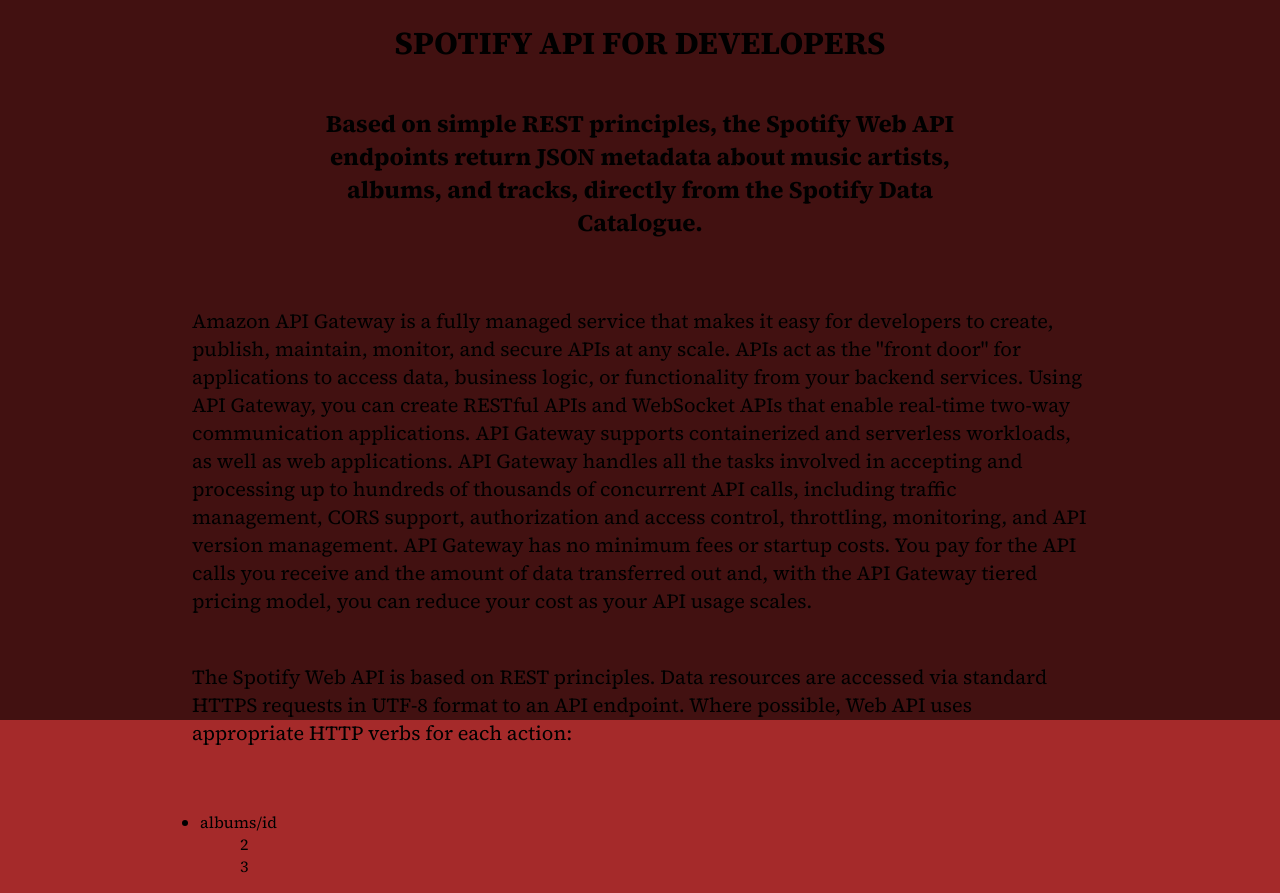
Repository: eliasihai/dizza-html-project
Page: index.html
The author's editor kept a copy of each file at every save. The page is drawn from the files as they stood at one save, then again after the next save.
The browser window is 1280 px wide. The pictures show the whole page.

Above is the page before, as saved 2022-01-26 00:50:38.

### index.html
<!DOCTYPE html>
<html lang="en">
  <head>
    <meta charset="UTF-8" />
    <meta http-equiv="X-UA-Compatible" content="IE=edge" />
    <meta name="viewport" content="width=device-width, initial-scale=1.0" />
    <link rel="stylesheet" href="style.css" />
    <link rel="preconnect" href="https://fonts.googleapis.com" />
    <link rel="preconnect" href="https://fonts.gstatic.com" crossorigin />
    <link
      href="https://fonts.googleapis.com/css2?family=Source+Serif+4:ital,wght@0,300;0,400;0,500;0,700;1,300;1,700&display=swap"
      rel="stylesheet"
    />
    <title>Spotify API For</title>
  </head>
  <body>
    <div class="container">
      <div class="header_container">
        <!-- <div>
          <img
            src="./png-transparent-youtube-logo-youtube-logo-computer-icons-subscribe-angle-rectangle-airplane.png"
            width="150px"
            alt="This is AWS API image"
          />
        </div> -->
        <div class="title_style">
          <h1>SPOTIFY API FOR DEVELOPERS</h1>
          <h2>
            Based on simple REST principles, the Spotify Web API endpoints
            return JSON metadata about music artists, albums, and tracks,
            directly from the Spotify Data Catalogue.
          </h2>
        </div>
      </div>

      <div class="describe_container">
        <div class="describe_text">
          Amazon API Gateway is a fully managed service that makes it easy for
          developers to create, publish, maintain, monitor, and secure APIs at
          any scale. APIs act as the "front door" for applications to access
          data, business logic, or functionality from your backend services.
          Using API Gateway, you can create RESTful APIs and WebSocket APIs that
          enable real-time two-way communication applications. API Gateway
          supports containerized and serverless workloads, as well as web
          applications. API Gateway handles all the tasks involved in accepting
          and processing up to hundreds of thousands of concurrent API calls,
          including traffic management, CORS support, authorization and access
          control, throttling, monitoring, and API version management. API
          Gateway has no minimum fees or startup costs. You pay for the API
          calls you receive and the amount of data transferred out and, with the
          API Gateway tiered pricing model, you can reduce your cost as your API
          usage scales.
        </div>
        <div class="about_request">
          The Spotify Web API is based on REST principles. Data resources are
          accessed via standard HTTPS requests in UTF-8 format to an API
          endpoint. Where possible, Web API uses appropriate HTTP verbs for
          each action:
        </div>
        <div class="list_container">
          <ul>
            <li>
              albums/id
            </li>
            <ol>
              2
            </ol>
            <ol>
              3
            </ol>
          </ul>
        </div>
      </div>
    </div>
  </body>
</html>

### style.css
body,
html {
  height: 100%;
  margin: 0;
  font-family: 'Source Serif 4', sans-serif;
  background-color: brown;
}
.container {
  height: 100%;
  background-position: center;
  background-repeat: no-repeat;
  background-size: cover;
  padding: 0 10rem;
  background-color: rgba(0,0,0,0.6);
}
.header_container {
  display: flex;
  flex-direction: column;
}
.title_style {
  display: flex;
  flex-direction: column;
  text-align: center;

}
.title_style h2{
    padding: 0 10rem;
}
.describe_container .about_request,.describe_container .describe_text {
  margin: 3rem 2rem;
  font-size: 1.25em;
}
/* .describe_text {
  margin: 3rem 2rem;
} */
.list_container {
  display: flex;
  align-items: center;
  justify-content: flex-start;
  flex: 50%;
}

After the next save:
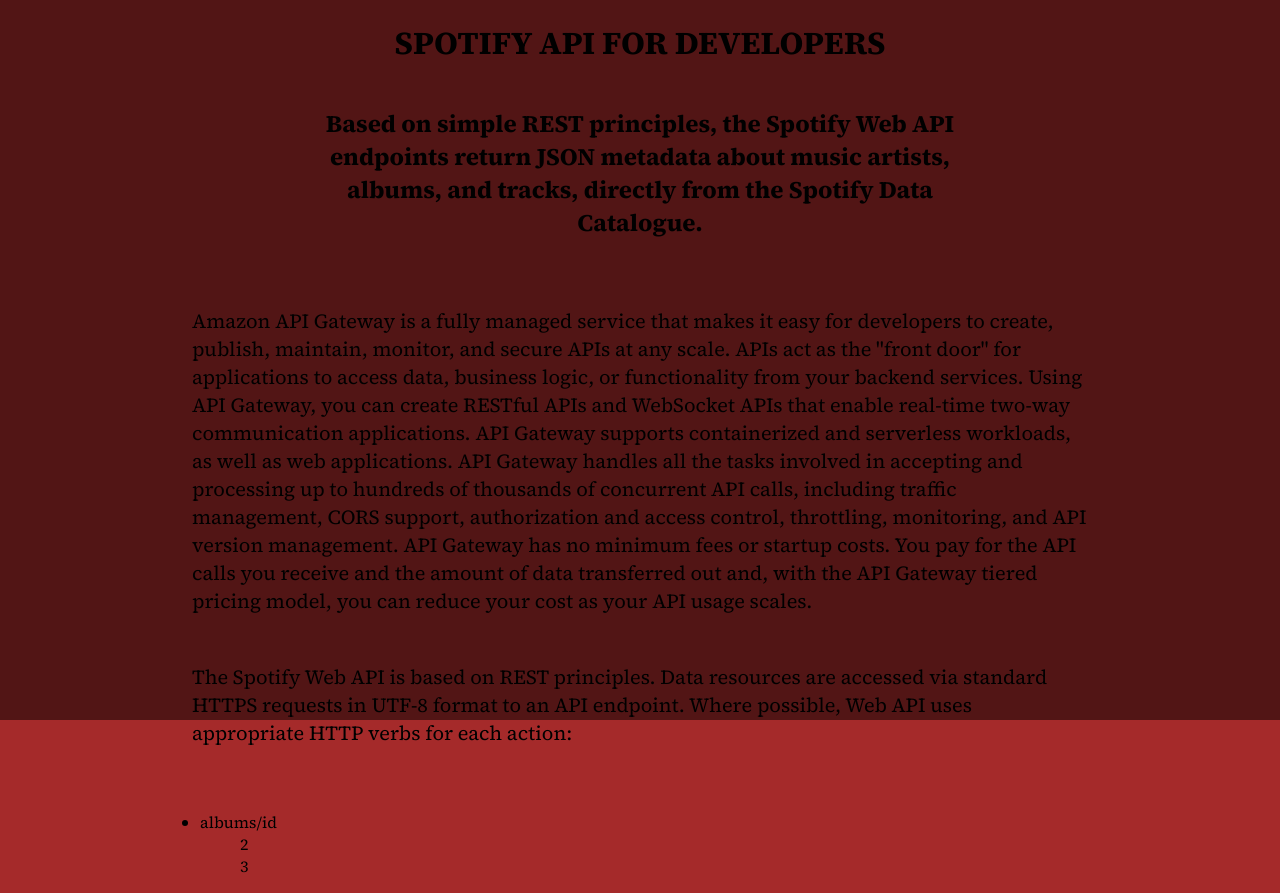
Saved 13 s later.
--- a/style.css
+++ b/style.css
@@ -11,7 +11,7 @@
   background-repeat: no-repeat;
   background-size: cover;
   padding: 0 10rem;
-  background-color: rgba(0,0,0,0.6);
+  background-color: rgba(0,0,0,0.5);
 }
 .header_container {
   display: flex;
